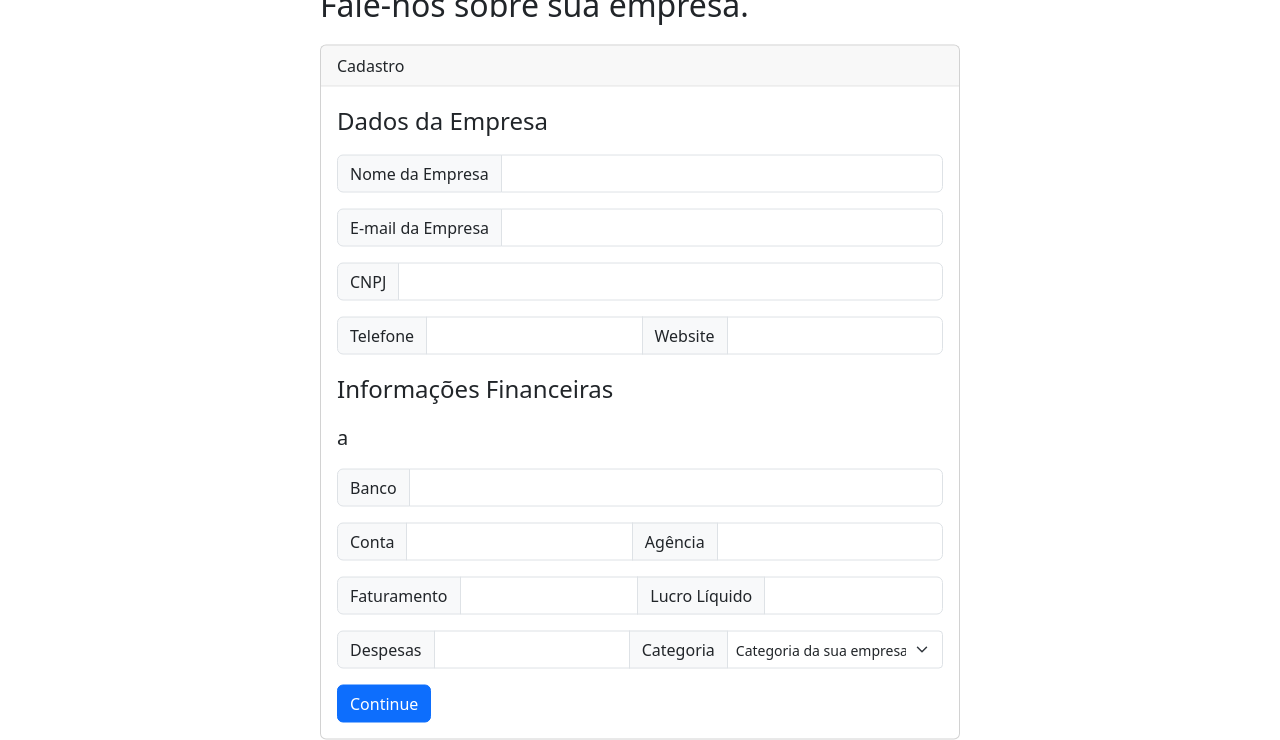
Repository: vandrecx/utilitaries
Page: http://localhost/login_archive/cadastro.php
The author's editor kept a copy of each file at every save. The page is drawn from the files as they stood at one save, then again after the next save.
The browser window is 1280 px wide. The pictures show the whole page.
The page is run by PHP 8.4 with error messages shown; the project is at /var/www/html/.

Above is the page before, as saved 2024-05-03 13:19:41.

### login_archive/cadastro.php
<?php

require_once 'Conn.php';
include 'funcoes.php';

?>

<!DOCTYPE html>
<html lang="en">
<head>
    <meta charset="UTF-8">
    <meta name="viewport" content="width=device-width, initial-scale=1.0">
    <link href="https://cdn.jsdelivr.net/npm/bootstrap@5.3.3/dist/css/bootstrap.min.css" rel="stylesheet" integrity="sha384-QWTKZyjpPEjISv5WaRU9OFeRpok6YctnYmDr5pNlyT2bRjXh0JMhjY6hW+ALEwIH" crossorigin="anonymous">
    <title>Página de Cadastro</title>
</head>
<body>
    <div style="width: 50%; justify-content: center; position: absolute; top: 50%; left: 50%; transform: translate(-50%, -50%);">
        <p class="fs-2">Fale-nos sobre sua empresa.</p>
        <div class="card">
            <div class="card-header">
                Cadastro
            </div>
            <div class="card-body">
                <p class="fs-4">Dados da Empresa</p>
                <form method="POST" action="UserSignUp.php">
                    <div class="input-group mb-3">
                        <span class="input-group-text" id="inputGroup-sizing-default">Nome da Empresa</span>
                        <input type="text" class="form-control" aria-label="Sizing example input" aria-describedby="inputGroup-sizing-default">
                    </div>
                    <div class="input-group mb-3">
                        <span class="input-group-text" id="inputGroup-sizing-default">E-mail da Empresa</span>
                        <input type="text" class="form-control" aria-label="Sizing example input" aria-describedby="inputGroup-sizing-default">
                    </div>
                    <div class="input-group mb-3">
                        <span class="input-group-text" id="inputGroup-sizing-default">CNPJ</span>
                        <input type="text" class="form-control" aria-label="Sizing example input" aria-describedby="inputGroup-sizing-default">
                    </div>
                    <div class="input-group mb-3">
                        <span class="input-group-text" id="inputGroup-sizing-default">Telefone</span>
                        <input type="text" class="form-control" aria-label="Sizing example input" aria-describedby="inputGroup-sizing-default">
                        <span class="input-group-text" id="inputGroup-sizing-default">Website</span>
                        <input type="text" class="form-control" aria-label="Sizing example input" aria-describedby="inputGroup-sizing-default">
                    </div>
                    <p class="fs-4">Informações Financeiras</p>
                    <div><p class="fs-5">a</p></div>
                    <div class="input-group mb-3">
                        <span class="input-group-text" id="inputGroup-sizing-default">Banco</span>
                        <input type="text" class="form-control" aria-label="Sizing example input" aria-describedby="inputGroup-sizing-default">
                    </div>
                    <div class="input-group mb-3">
                        <span class="input-group-text" id="inputGroup-sizing-default">Conta</span>
                        <input type="text" class="form-control" aria-label="Sizing example input" aria-describedby="inputGroup-sizing-default">
                        <span class="input-group-text" id="inputGroup-sizing-default">Agência</span>
                        <input type="text" class="form-control" aria-label="Sizing example input" aria-describedby="inputGroup-sizing-default">
                    </div>
                    <div class="input-group mb-3">
                        <span class="input-group-text" id="inputGroup-sizing-default">Faturamento</span>
                        <input type="text" class="form-control" aria-label="Sizing example input" aria-describedby="inputGroup-sizing-default">
                        <span class="input-group-text" id="inputGroup-sizing-default">Lucro Líquido</span>
                        <input type="text" class="form-control" aria-label="Sizing example input" aria-describedby="inputGroup-sizing-default">
                    </div>
                    <div class="input-group mb-3">
                        <span class="input-group-text" id="inputGroup-sizing-default">Despesas</span>
                        <input type="text" class="form-control" aria-label="Sizing example input" aria-describedby="inputGroup-sizing-default">
                        <span class="input-group-text" id="inputGroup-sizing-default">Categoria</span>
                        <select class="form-select form-select-sm" aria-label="Large select example">
                            <option selected>Categoria da sua empresa</option>
                            <option value="1">Prestação de Serviços</option>
                            <option value="2">Indústria</option>
                            <option value="3">Vendas</option>
                        </select>
                    </div>
                    <button type="submit" class="btn btn-primary" name="submit">Continue</button>
                </form>
            </div>
        </div>
    </div>

</body>
</html>

### login_archive/Conn.php
<?php

//PDO (PHP DATA OBJECTS)

$pdo = new PDO("mysql:host=localhost; dbname=sistema; charset=UTF8", "root", ""); // REALIZA CONEXÃO COM PDO
$pdo->setAttribute(PDO::ATTR_ERRMODE, PDO::ERRMODE_EXCEPTION); // EXCEPTIONS

?>

### login_archive/funcoes.php
<?php

require_once 'Conn.php';

// FUNÇÃO RESPONSÁVEL POR SANITIZAR OS DADOS PASSADOS POR POST
function sanitizeData($input_name, $type){
    switch ($type){

        case 'text':
            return filter_input(INPUT_POST, $input_name, FILTER_SANITIZE_SPECIAL_CHARS);
            break;

        case 'email':
            $email = filter_input(INPUT_POST, $input_name, FILTER_SANITIZE_EMAIL);
            //VALIDAR EMAIL AQUI NO MEIO
            return $email;
            break;

        case 'url':
            return filter_input(INPUT_POST, $input_name, FILTER_SANITIZE_URL);
            break;

        case 'int':
            return filter_input(INPUT_POST, $input_name, FILTER_SANITIZE_NUMBER_INT);
            break;

        case 'float':
            return filter_input(INPUT_POST, $input_name, FILTER_SANITIZE_NUMBER_FLOAT);
            break;

        default:
            return $input_name;
    }
}

// GERA SENHA ALEATÓRIA DE 6 CARACTERES
function generatePassword(){
    $chars = 'abcdefghijklmnopqrstuvwxyzABCDEFGHIJKLMNOPQRSTUVWXYZ0123456789!@#$%^&*()-_=+';
    return substr(str_shuffle($chars), 0, 5) . substr(str_shuffle('ABCDEFGHIJKLMNOPQRSTUVWXYZ!@#$%^&*()-_=+'), 0, 1);
}

// ATUALIZA SENHA (usada em ForgotPassword.php)
function updatePass($newpass, $email, $pdo){

    try{

        $update = $pdo->prepare("UPDATE entidade SET s_password_entidade = :new_pass WHERE s_enterpriseemail_entidade = :s_enterpriseemail_entidade");
        $update->bindParam(':new_pass', $newpass);
        $update->bindParam(':s_enterpriseemail_entidade', $email);
        $update->execute();

    } catch(PDOException $err) {

        echo 'Erro na atualização: ' . $err;

    }

}

//ESCONDE EMAIL DE RECUPERAÇÃO PASSADO POR SESSION
function hideEmail(){

    session_start();

    $email = $_SESSION['pass_repair'];
    $encript_email = substr($email, 0, 5);
    $result_email = $encript_email . str_repeat("*", strlen($email) - 5);

    session_destroy();

    return $result_email;
}

?>

After the next save:
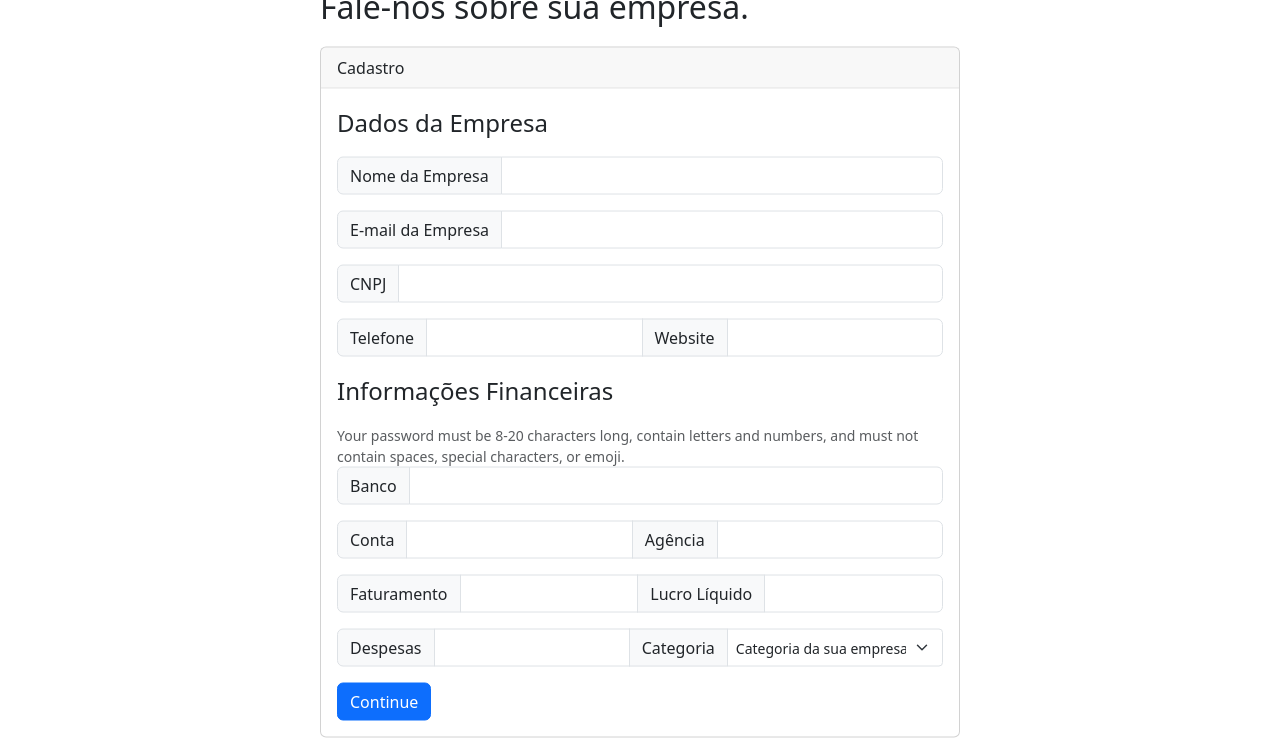
Saved 86 s later.
--- a/login_archive/cadastro.php
+++ b/login_archive/cadastro.php
@@ -42,7 +42,9 @@ include 'funcoes.php';
                         <input type="text" class="form-control" aria-label="Sizing example input" aria-describedby="inputGroup-sizing-default">
                     </div>
                     <p class="fs-4">Informações Financeiras</p>
-                    <div><p class="fs-5">a</p></div>
+                    <div id="passwordHelpBlock" class="form-text">
+                        Your password must be 8-20 characters long, contain letters and numbers, and must not contain spaces, special characters, or emoji.
+                    </div>
                     <div class="input-group mb-3">
                         <span class="input-group-text" id="inputGroup-sizing-default">Banco</span>
                         <input type="text" class="form-control" aria-label="Sizing example input" aria-describedby="inputGroup-sizing-default">
